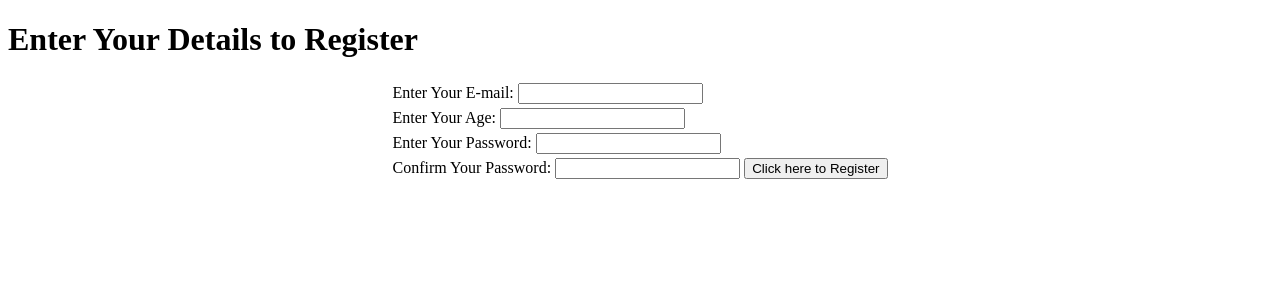
Repository: royalnavghans/JavaFullStackGit
Page: http://localhost/SpringAss2/WEB-INF/Register.jsp
An editor plug-in stored every save of this project. The page is shown before and after the next save, followed by the edit.
The browser window is 1280 px wide. The pictures show the whole page.
The page is served by Tomcat 9. Nobody is signed in. Other server files are loaded and not shown. The template is opened directly, without the code that normally fills it, so the values that code supplies are empty.

Above is the page before, as saved 2022-12-04 10:30:55.

### RoyalSpringProjects/RoyalSpringProjects/SpringAss2/src/main/webapp/WEB-INF/Register.jsp
<%@ page language="java" contentType="text/html; charset=ISO-8859-1"
    pageEncoding="ISO-8859-1"%>
    <%@ taglib prefix="form" uri="http://www.springframework.org/tags/form" %>
<!DOCTYPE html>
<html>
<head>
<meta charset="ISO-8859-1">
<title>Insert title here</title>
</head>
<style type="text/css">
.error{color: red}
</style>
<body>
<h1>Enter Your Details to Register</h1>
<table border="0" align="center">
<tbody>
	<form:form action="validate" modelAttribute="cust">
	<tr><td>
	<form:label path="Email">Enter Your E-mail:</form:label>
	    <form:input path="Email"/>
		<form:errors path="Email" cssClass="error"/></td></tr>
			<tr><td><form:label path="Age">Enter Your Age:</form:label>
		 <form:input path="Age"/>
		<form:errors path="Age" cssClass="error"/></td></tr>
			<tr><td><form:label path="Password">Enter Your Password:</form:label>
		 <form:input path="Password"/>
		<form:errors path="Password" cssClass="error"/></td></tr>
			<tr><td> <form:label path="ConfrmPassword">Confirm Your Password: </form:label>
		<form:input path="ConfrmPassword"/>
		<form:errors path="ConfrmPassword" cssClass="error"/>
			<input type="submit" value="Click here to Register">
	</form:form>
	</tbody>
</table>
</body>
</html>

After the next save:
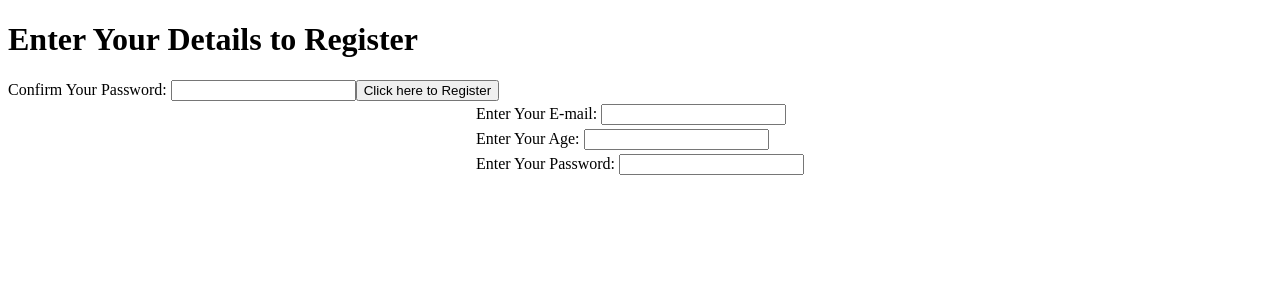
Saved 11 s later.
--- a/RoyalSpringProjects/RoyalSpringProjects/SpringAss2/src/main/webapp/WEB-INF/Register.jsp
+++ b/RoyalSpringProjects/RoyalSpringProjects/SpringAss2/src/main/webapp/WEB-INF/Register.jsp
@@ -25,7 +25,7 @@
 			<tr><td><form:label path="Password">Enter Your Password:</form:label>
 		 <form:input path="Password"/>
 		<form:errors path="Password" cssClass="error"/></td></tr>
-			<tr><td> <form:label path="ConfrmPassword">Confirm Your Password: </form:label>
+		 <form:label path="ConfrmPassword">Confirm Your Password: </form:label>
 		<form:input path="ConfrmPassword"/>
 		<form:errors path="ConfrmPassword" cssClass="error"/>
 			<input type="submit" value="Click here to Register">

After the save that followed:
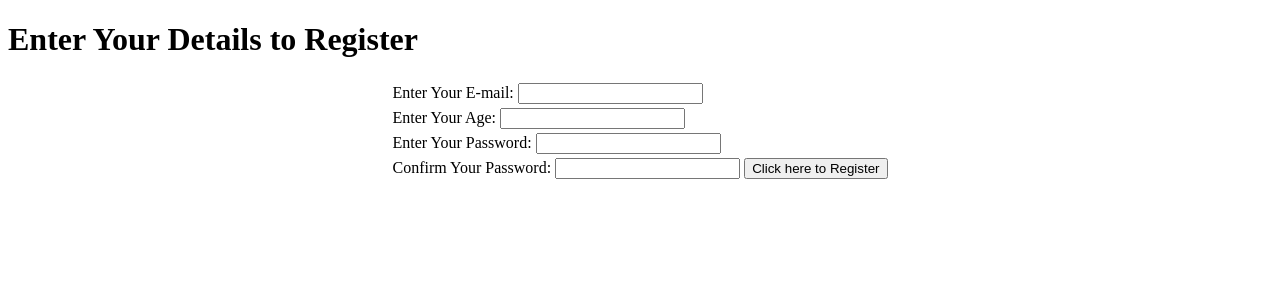
Saved 36 s later.
--- a/RoyalSpringProjects/RoyalSpringProjects/SpringAss2/src/main/webapp/WEB-INF/Register.jsp
+++ b/RoyalSpringProjects/RoyalSpringProjects/SpringAss2/src/main/webapp/WEB-INF/Register.jsp
@@ -25,7 +25,7 @@
 			<tr><td><form:label path="Password">Enter Your Password:</form:label>
 		 <form:input path="Password"/>
 		<form:errors path="Password" cssClass="error"/></td></tr>
-		 <form:label path="ConfrmPassword">Confirm Your Password: </form:label>
+		 <tr><td><form:label path="ConfrmPassword">Confirm Your Password: </form:label>
 		<form:input path="ConfrmPassword"/>
 		<form:errors path="ConfrmPassword" cssClass="error"/>
 			<input type="submit" value="Click here to Register">
